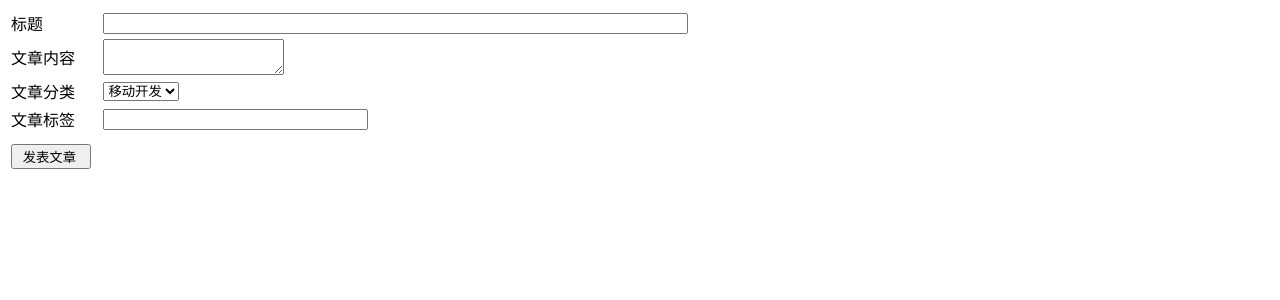
Repository: tangqingyun/java
Page: http://localhost/tamny_blog/postedit.jsp
These files come from the project's save history. The page is drawn as it stood at one moment and after the next save; the edit follows.
The browser window is 1280 px wide. The pictures show the whole page.
The page is served by Tomcat 9. Nobody is signed in. The application's start-up code is not run. Other server files are loaded and not shown.

Above is the page before, as saved 2015-01-21 09:52:28.

### tamny_blog/WebContent/postedit.jsp
<%@ page language="java" import="java.util.*" pageEncoding="UTF-8"%>

<!DOCTYPE html PUBLIC "-//W3C//DTD HTML 4.01 Transitional//EN" "http://www.w3.org/TR/html4/loose.dtd">
<html>
<head>
<meta http-equiv="Content-Type" content="text/html; charset=UTF-8">
<title>Insert title here</title>
</head>
<body>

 <form action="${pageContext.request.contextPath}/blogs/pubblog"
		method="post">
		<table id="table_01">
			<tr>
				<td>标题</td>
				<td><input type="text" name="user.username" size="70" /></td>
			</tr>
			<tr>
				<td>文章内容</td>
				<td><textarea name="user.nickname"></textarea></td>
			</tr>
			<tr>
				<td>文章分类</td>
				<td><select name="user.sex">
						<option value="1">移动开发</option>
						<option value="2">Web前端</option>
						<option value="3">架构设计</option>
						<option value="4">编程语言</option>
						<option value="5">互联网</option>
						<option value="6">数据库</option>
						<option value="7">系统运维</option>
						<option value="8">云计算</option>
						<option value="9">研发管理</option>
						<option value="10">综合</option>
				</select></td>
			</tr>

			<tr>
				<td>文章标签</td>
				<td><input type="text" name="user.nickname" size="30" /></td>
			</tr>

			<tr>
				<td style="padding-top: 10px;"><input type="submit"
					name="submit" value=" 发表文章  " />&nbsp;&nbsp;</td>
			</tr>
		</table>
	</form>

</body>
</html>

After the next save:
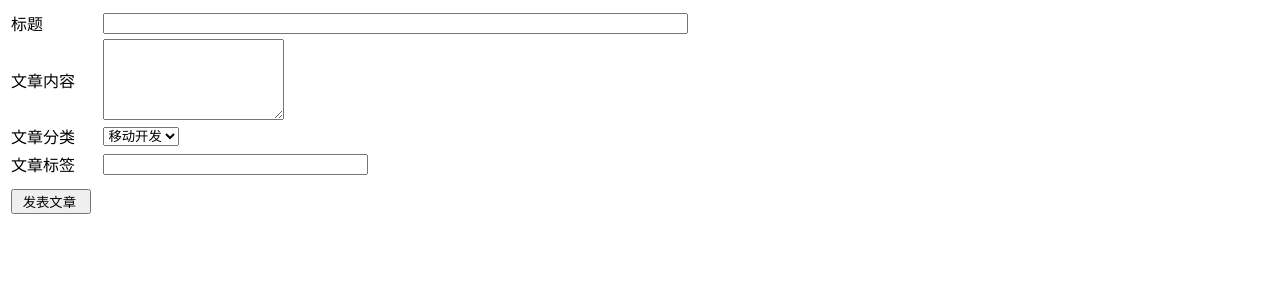
Saved 16 s later.
--- a/tamny_blog/WebContent/postedit.jsp
+++ b/tamny_blog/WebContent/postedit.jsp
@@ -17,7 +17,7 @@
 			</tr>
 			<tr>
 				<td>文章内容</td>
-				<td><textarea name="user.nickname"></textarea></td>
+				<td><textarea name="user.nickname" col="30" rows="5"></textarea></td>
 			</tr>
 			<tr>
 				<td>文章分类</td>
